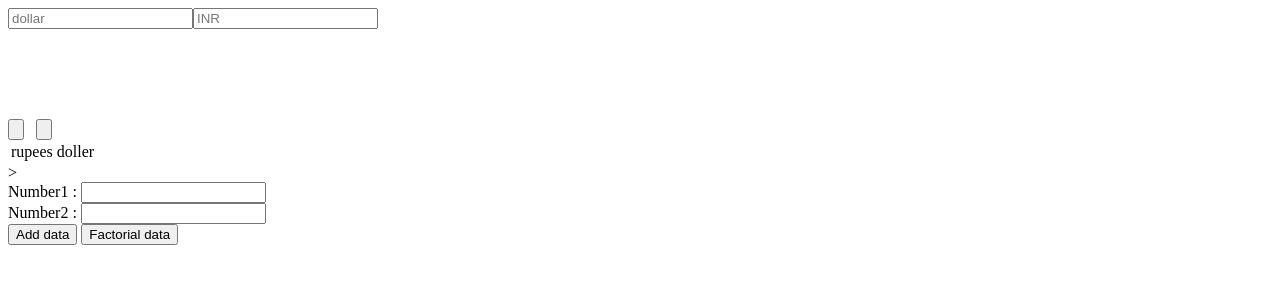
Repository: ravikumar0303/Advance-Java
Page: Factorial/src/main/webapp/factorial.html
The author's editor kept a copy of each file at every save. The page is drawn from the files as they stood at one save, then again after the next save.
The browser window is 1280 px wide. The pictures show the whole page.

Above is the page before, as saved 2023-06-21 03:37:30.

After the next save:
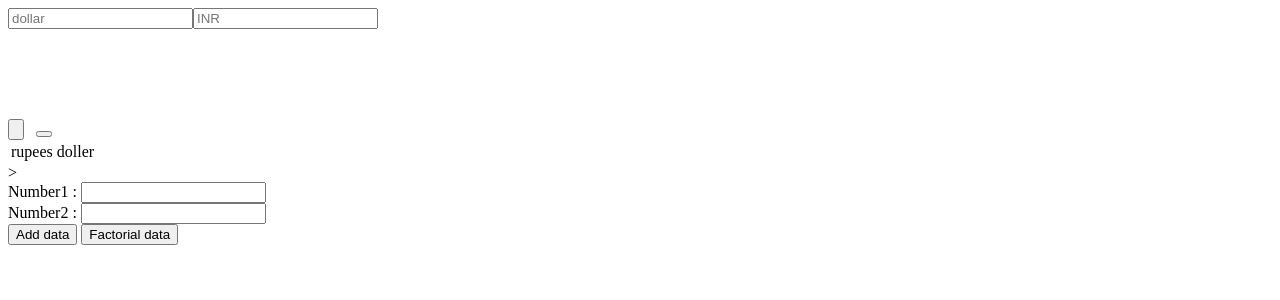
Saved 26 s later.
--- a/Factorial/src/main/webapp/factorial.html
+++ b/Factorial/src/main/webapp/factorial.html
@@ -13,7 +13,7 @@
   <br></br>  <br></br>  <br></br>
 <input type="button" id="dollar" name="btn"></input>
  &nbsp;
-<input type="button" id="inr" name="btn"></input>
+<button type="submit" id="inr" name="btn"></input>
 </table>
 </form>>
 </body>
